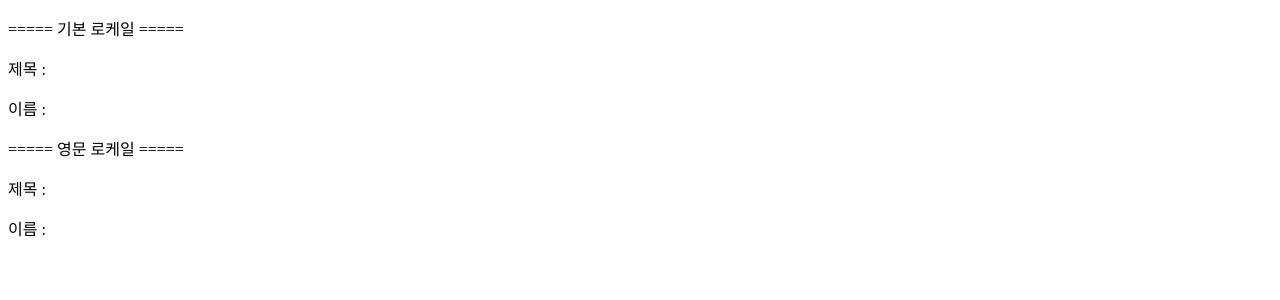
Repository: byeolchorong/ITedunet
Page: http://localhost/JSPBook/chapter09/jstl_fmt01.jsp
These files come from the project's save history. The page is drawn as it stood at one moment and after a run of saves; the edit follows.
The browser window is 1280 px wide. The pictures show the whole page.
The page is served by Tomcat 10. Nobody is signed in. The application's start-up code is not run. Other server files are loaded and not shown.

Above is the page before, as saved 2025-05-28 07:59:00.

### JSP/JSPBook/src/main/webapp/chapter09/jstl_fmt01.jsp
<%@ page language="java" contentType="text/html; charset=UTF-8"
    pageEncoding="UTF-8"%>
<!DOCTYPE html>
<html>
<head>
<meta charset="UTF-8">
<title>Insert title here</title>
</head>
<body>
	<p>===== 기본 로케일 =====
	<fmt:setLocale value="ko"/>
	<fmt:setBundle basename="chatper09.myBundle" var="resourceBundle" />
	<p> 제목 : <fmt:message key="title" bundle="${resourceBundle}"/>
	<p> <fmt:message key="username" let="userMsg" bundle="${resourceBundle}"/>
		이름 : ${userMsg}

	<p>===== 영문 로케일 =====
	<fmt:setLocale value="en"/>
	<fmt:setBundle basename="chatper09.myBundle" var="resourceBundle" />
	<p> 제목 : <fmt:message key="title" bundle="${resourceBundle}"/>
	<p> 이름 : <fmt:message key="username" bundle="${resourceBundle}"/>

</body>
</html>

After the next 2 saves:
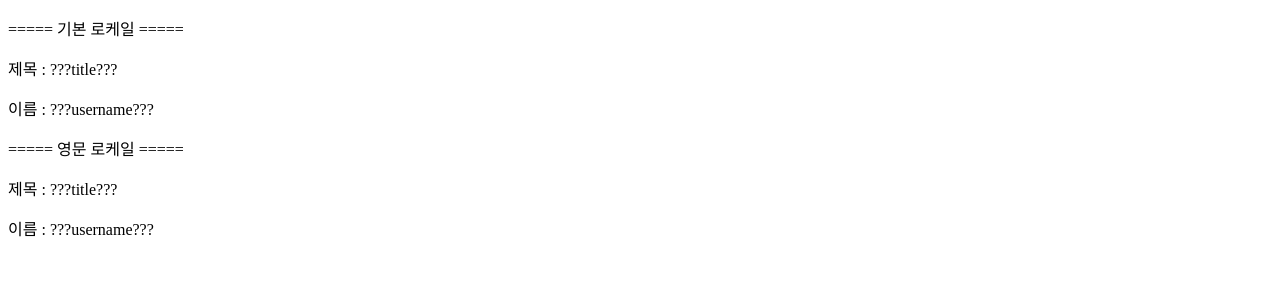
The 2 saves are shown as one change because 1 did not build or start.
The last was saved 82 s later.
--- a/JSP/JSPBook/src/main/webapp/chapter09/jstl_fmt01.jsp
+++ b/JSP/JSPBook/src/main/webapp/chapter09/jstl_fmt01.jsp
@@ -1,5 +1,6 @@
 <%@ page language="java" contentType="text/html; charset=UTF-8"
     pageEncoding="UTF-8"%>
+<%@ taglib prefix = "fmt" uri="http://java.sun.com/jsp/jstl/fmt" %>
 <!DOCTYPE html>
 <html>
 <head>
@@ -11,7 +12,7 @@
 	<fmt:setLocale value="ko"/>
 	<fmt:setBundle basename="chatper09.myBundle" var="resourceBundle" />
 	<p> 제목 : <fmt:message key="title" bundle="${resourceBundle}"/>
-	<p> <fmt:message key="username" let="userMsg" bundle="${resourceBundle}"/>
+	<p> <fmt:message key="username" var="userMsg" bundle="${resourceBundle}"/>
 		이름 : ${userMsg}
 
 	<p>===== 영문 로케일 =====
